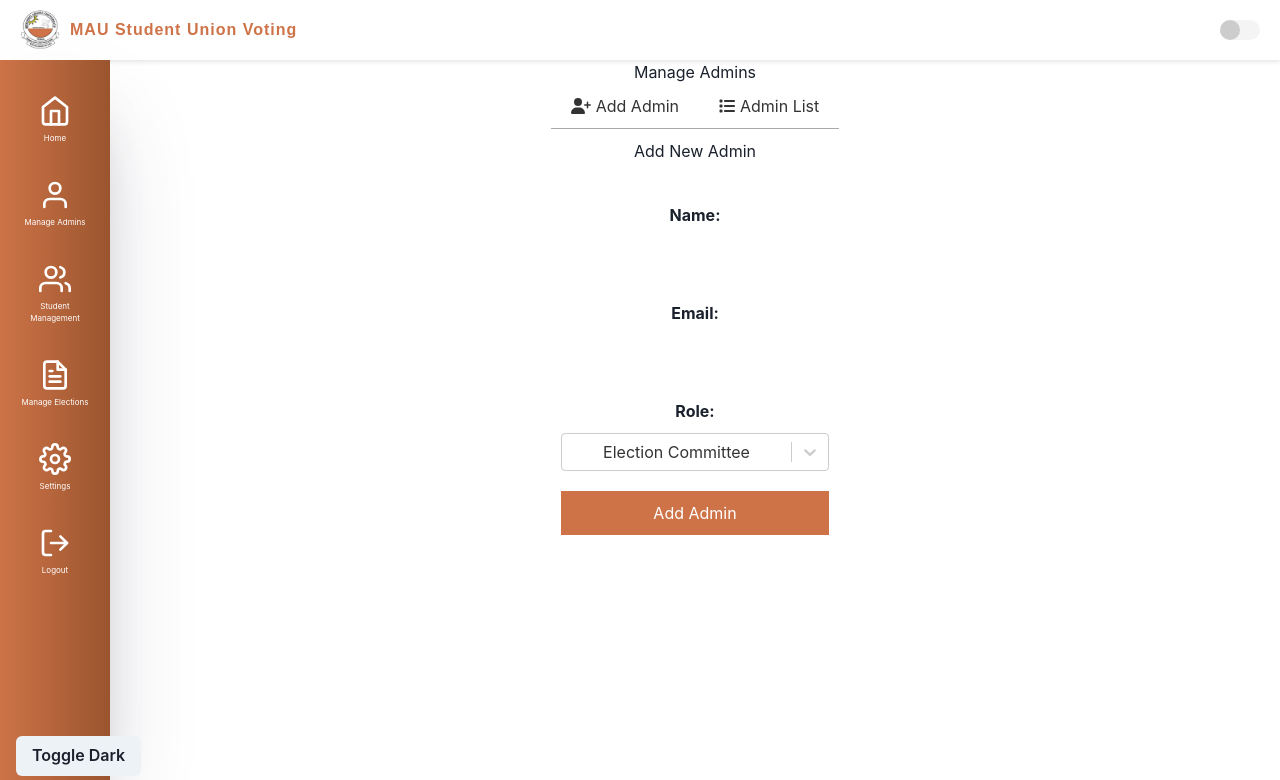
Repository: joena1o/e-vote
Page: /admin-dashboard/manage-admin
The author's editor kept a copy of each file at every save. The page is drawn from the files as they stood at one save, then again after the next save.
The browser window is 1280 px wide. The pictures show the whole page.
The project was rebuilt for these pictures with package versions that can differ from the ones it lists, and the page was loaded fresh each time. Also part of the build but not shown: src/components/EnhancedLogin.js, src/components/maincontent/RegisterStudents/ManageStudents.js, src/components/maincontent/RegisterStudents/RegisterStudents.js, src/components/maincontent/RegisterStudents/StudentManagement.js, src/components/maincontent/ElectionResults/ViewResults.js, src/components/maincontent/Settings/Settings.js, src/api/index.js, src/components/maincontent/home/Home.styles.js and 5 more.

Above is the page before, as saved 2023-10-20 14:53:18.

### src/App.js
import React from 'react';
import { BrowserRouter as Router, Routes, Route, Navigate } from 'react-router-dom';
import EnhancedLogin from './components/EnhancedLogin';
import AdminDashboard from './components/AdminDashboard';
import { ChakraProvider, ColorModeProvider, Button, useColorMode } from '@chakra-ui/react';
import { Provider } from 'react-redux';
import store from './Redux/store';

// Component to toggle dark mode
function DarkModeToggle() {
  const { colorMode, toggleColorMode } = useColorMode();
  return (
    <Button onClick={toggleColorMode} position="fixed" m={4} zIndex={10}>
      Toggle {colorMode === 'light' ? 'Dark' : 'Light'}
    </Button>
  );
}

function App() {
  // Check if the current route is not the "/login" route, then render the DarkModeToggle
  const isLoginPage = window.location.pathname === '/login';

  return (
    <Provider store={store}>
      <ChakraProvider>
        <ColorModeProvider options={{ useSystemColorMode: true }}>
          <Router>
            <Routes>
              {/* Define your routes */}
              <Route path="/login" element={<EnhancedLogin />} />
              <Route path="/admin-dashboard/*" element={<AdminDashboard />} />
              {/* Redirect root to /admin-dashboard */}
              <Route path="/" element={<Navigate to="/admin-dashboard" replace />} />
            </Routes>
          </Router>
          {/* Render DarkModeToggle only if not on the "/login" page */}
          {!isLoginPage && <DarkModeToggle />}
        </ColorModeProvider>
      </ChakraProvider>
    </Provider>
  );
}

export default App;

### src/components/AdminDashboard.js
// AdminDashboard.js
import React from 'react';
import { Routes, Route } from 'react-router-dom';
import StudentManagement from './maincontent/RegisterStudents/StudentManagement';
import ViewResults from './maincontent/ElectionResults/ViewResults';
import Settings from './maincontent/Settings/Settings';
import Home from './maincontent/home/Home';
import ManageAdmin from './maincontent/ManageAdmins/ManageAdmins';
import ManageElections from './maincontent/ManageElections/ManageElections';
import Sidebar from './Sidebar';
import Navbar from './Navbar';
import styled from 'styled-components';

const Container = styled.div`
  display: flex;
  flex-direction: column;
  /* Add the following line to ensure Container fills the screen height */
  height: 100vh;
  width: 100%; /* Use 100% to fill the entire width of the screen */
`;


const Content = styled.div`
  display: flex;
  /* Add the following line to ensure Content fills the remaining screen space */
  flex: 1;
`;

const AdminDashboard = () => {
  return (
    <Container>
      <Navbar />
      <Content>
        <Sidebar />
        <Routes>
          <Route index element={<Home />} />
          <Route path="student-management" element={<StudentManagement />} />
          <Route path="view-results" element={<ViewResults />} />
          <Route path="settings" element={<Settings />} />
          <Route path="manage-admin" element={<ManageAdmin />} />
          <Route path="manage-elections" element={<ManageElections />} />
        </Routes>
      </Content>
    </Container>
  );
};

export default AdminDashboard;

### src/Redux/store.js
import { configureStore } from '@reduxjs/toolkit';
import electionReducer from './electionSlice';
import studentsReducer from './studentsSlice'; // Assuming you have a studentsSlice

const store = configureStore({
  reducer: {
    elections: electionReducer,
    students: studentsReducer, // Add the students reducer here
  },
});

export default store;

### src/components/maincontent/ManageAdmins/ManageAdmins.js
import React, { useState } from 'react';
import { Tab, TabList, TabPanel, Tabs } from 'react-tabs';
import 'react-tabs/style/react-tabs.css'; // Import styles for react-tabs
import styled from 'styled-components';
import AddAdmin from './AddAdmin';
import AdminList from './AdminList';
import { FontAwesomeIcon } from '@fortawesome/react-fontawesome';
import { faUserPlus, faList } from '@fortawesome/free-solid-svg-icons'; // Import Font Awesome icons

const FullHeightContainer = styled.div`
  height: 100%;
  display: flex;
  flex-direction: column;
  justify-content: flex-start;
  align-items: center;
  width: 100%;
`;

const TabsContainer = styled.div`
  text-align: center;
  width: 100%;
  max-width: 1200px;
  flex: 1;
  display: flex;
  flex-direction: column;
  align-items: center;
`;

const StyledTab = styled(Tab)`
  padding: 10px 20px;
  color: #333;
  cursor: pointer;
  margin: 0;
  display: flex;
  align-items: center;
  justify-content: center;
  transition: background-color 0.2s ease-in-out;

  &:hover {
    background-color: #e0e0e0;
  }

  &.react-tabs__tab--selected {
    background-color: #fff;
    border: none; /* Remove the border */
    border-radius: 5px 5px 0 0;
  }
`;

const IconWrapper = styled.div`
  margin-right: 5px;
`;

const ManageAdmins = () => {
  const [activeTab, setActiveTab] = useState(0);

  const handleTabChange = (index) => {
    setActiveTab(index);
  };

  return (
    <FullHeightContainer>
      <h1>Manage Admins</h1>
      <TabsContainer>
        <Tabs selectedIndex={activeTab} onSelect={handleTabChange}>
          <TabList style={{ display: 'flex', justifyContent: 'center' }}>
            <StyledTab>
              <IconWrapper>
                <FontAwesomeIcon icon={faUserPlus} />
              </IconWrapper>
              Add Admin
            </StyledTab>
            <StyledTab>
              <IconWrapper>
                <FontAwesomeIcon icon={faList} />
              </IconWrapper>
              Admin List
            </StyledTab>
          </TabList>
        </Tabs>
        <Tabs selectedIndex={activeTab} onSelect={handleTabChange}>
          <TabPanel>
            <AddAdmin />
          </TabPanel>
          <TabPanel>
            <AdminList />
          </TabPanel>
        </Tabs>
      </TabsContainer>
    </FullHeightContainer>
  );
};

export default ManageAdmins;

### src/components/Sidebar.js
import React from 'react';
import styled from 'styled-components';
import { Link } from 'react-router-dom';
import { FiHome, FiUser, FiUsers, FiFileText, FiSettings, FiLogOut } from 'react-icons/fi';
import { useColorMode } from '@chakra-ui/react';

const SidebarContainer = styled.nav`
  background: ${props => (props.theme === 'dark' ? '#333' : 'linear-gradient(to right, #ce7348, #9a552e)')};
  padding: 15px;
  height: 100vh;
  color: #fff;
  box-shadow: rgba(50, 50, 93, 0.25) 0px 50px 100px -20px, rgba(0, 0, 0, 0.3) 0px 30px 60px -30px;
  display: flex;
  flex-direction: column;
`;

const LinkList = styled.ul`
  list-style-type: none;
  padding: 0;
  flex: 1;
`;

const StyledLink = styled(Link)`
  text-decoration: none;
  color: #fff;
  display: flex;
  flex-direction: column;
  align-items: center;
  transition: color 0.3s ease;
  margin-bottom: 15px;
  cursor: pointer;
  font-size: 0.5rem;

  &:hover {
    color: #fce364;
  }

  width: 80px;
  text-align: center;
  word-wrap: break-word;
  overflow-wrap: break-word;

  @media (max-width: 768px) {
    font-size: 0.4rem;
  }

  @media (max-width: 480px) {
    font-size: 0.3rem;
  }
`;

const LinkItem = styled.li`
  display: flex;
  align-items: center;
  margin-top: 20px;
`;

const Icon = styled.div`
  font-size: 2rem;
  color: #fff;

  @media (max-width: 768px) {
    font-size: 0.9rem;
  }

  @media (max-width: 480px) {
    font-size: 0.8rem;
  }

  margin-bottom: 5px;

  ${StyledLink}:hover & {
    color: #fce364;  // Change icon color when the link is hovered
  }
`;

function Sidebar() {
  const { colorMode } = useColorMode();

  return (
    <SidebarContainer theme={colorMode}>
      <LinkList>
        <LinkItem>
          <StyledLink to="/admin-dashboard">
            <Icon><FiHome /></Icon>
            Home
          </StyledLink>
        </LinkItem>
        <LinkItem>
          <StyledLink to="/admin-dashboard/manage-admin">
            <Icon><FiUser /></Icon>
            Manage Admins
          </StyledLink>
        </LinkItem>
        <LinkItem>
          <StyledLink to="/admin-dashboard/student-management">
            <Icon><FiUsers /></Icon>
            Student Management
          </StyledLink>
        </LinkItem>
        <LinkItem>
          <StyledLink to="/admin-dashboard/manage-elections">
            <Icon><FiFileText /></Icon>
            Manage Elections
          </StyledLink>
        </LinkItem>
        <LinkItem>
          <StyledLink to="/admin-dashboard/settings">
            <Icon><FiSettings /></Icon>
            Settings
          </StyledLink>
        </LinkItem>
        <LinkItem>
          <StyledLink to="/logout">
            <Icon><FiLogOut /></Icon>
            Logout
          </StyledLink>
        </LinkItem>
      </LinkList>
    </SidebarContainer>
  );
}

export default Sidebar;

### src/components/Navbar.js
import React from 'react';
import styled, { createGlobalStyle } from 'styled-components';
import logo from '../assets/school_logo.jpg';
import { useColorMode } from '@chakra-ui/react';

const GlobalStyle = createGlobalStyle`
  body {
    background-color: ${props => (props.theme === 'dark' ? '#333' : '#fff')};
    color: ${props => (props.theme === 'dark' ? '#fff' : '#000')}; // Set other component texts to black in light mode
  }
`;

const Header = styled.header`
  background: ${props => (props.theme === 'dark' ? '#333' : '#fff')};
  color: ${props => (props.theme === 'dark' ? '#fff' : '#ce7348')}; // Set navbar text to brown in light mode
  padding: 10px 20px;
  display: flex;
  align-items: center;
  justify-content: flex-start;
  box-shadow: 0px 2px 4px rgba(0, 0, 0, 0.1);
  font-family: 'Poppins', sans-serif;
`;


const Logo = styled.img`
  width: 40px;
  height: 40px;
  border-radius: 20px;
  margin-right: 10px;
`;

const Title = styled.h1`
  margin: 0;
  padding: 0;
  font-size: 1rem;
  font-weight: 600;
  letter-spacing: 1px;
`;

const ToggleSlider = styled.label`
  display: flex;
  align-items: center;
  cursor: pointer;
  margin-left: auto;
`;

const SliderInput = styled.input.attrs({ type: 'checkbox' })`
  display: none;
`;

const Slider = styled.div`
  width: 40px;
  height: 20px;
  background-color: ${props => (props.theme === 'dark' ? '#333' : '#f4f4f4')};
  border-radius: 20px;
  position: relative;
  transition: background-color 0.3s ease;
  cursor: pointer;

  &::after {
    content: '';
    width: 20px;
    height: 20px;
    border-radius: 50%;
    background-color: ${props => (props.theme === 'dark' ? '#fff' : '#ccc')};
    position: absolute;
    top: 50%;
    transform: translateY(-50%);
    left: ${props => (props.theme === 'dark' ? '20px' : '0')};
    transition: left 0.3s ease;
  }
`;

function Navbar() {
  const { colorMode, toggleColorMode } = useColorMode();

  return (
    <>
      <GlobalStyle theme={colorMode} />
      <Header theme={colorMode}>
        <Logo src={logo} alt="University Logo" />
        <Title>MAU Student Union Voting</Title>
        <ToggleSlider>
          <SliderInput type="checkbox" onChange={toggleColorMode} />
          <Slider theme={colorMode} />
        </ToggleSlider>
      </Header>
    </>
  );
}

export default Navbar;

### src/Redux/electionSlice.js
/*import { createSlice, createAsyncThunk } from '@reduxjs/toolkit';
import { API, graphqlOperation } from 'aws-amplify';
import { createElection as createElectionAPI } from '../graphql/mutations';

export const createElection = createAsyncThunk(
  'elections/createElection',
  async (election, { rejectWithValue }) => {
    try {
      const result = await API.graphql(graphqlOperation(createElectionAPI, { input: election }));
      return result.data.createElection;
    } catch (error) {
      return rejectWithValue(error);
    }
  }
);

const electionSlice = createSlice({
  name: 'elections',
  initialState: [],
  reducers: {},
  extraReducers: (builder) => {
    builder.addCase(createElection.fulfilled, (state, action) => {
      state.push(action.payload);
    });
  },
});

export default electionSlice.reducer;
*/

### src/Redux/studentsSlice.js
import { createSlice } from '@reduxjs/toolkit';

export const studentsSlice = createSlice({
  name: 'students',
  initialState: [],
  reducers: {
    addStudents: (state, action) => {
      // Add students to the Redux store
      action.payload.forEach(student => {
        state.push(student);
      });
    },
  },
});

export const { addStudents } = studentsSlice.actions;

export default studentsSlice.reducer;

### src/components/maincontent/ManageAdmins/AddAdmin.js
import React, { useState } from 'react';
import styled from 'styled-components';
import { API, Auth } from 'aws-amplify';
import { toast, ToastContainer } from 'react-toastify';
import 'react-toastify/dist/ReactToastify.css';
import Select from 'react-select';
import { useColorMode } from '@chakra-ui/react';

const darkThemeStyles = {
  menu: provided => ({
    ...provided,
    backgroundColor: '#333',
    color: 'white'
  }),
  option: (provided, state) => ({
    ...provided,
    backgroundColor: state.isFocused ? '#555' : '#333',
    color: 'white'
  }),
  control: provided => ({
    ...provided,
    backgroundColor: '#444',
    color: 'white',
    borderColor: '#555'
  }),
  singleValue: provided => ({
    ...provided,
    color: 'white'
  })
};

const Form = styled.form`
  display: flex;
  flex-direction: column;
  max-width: 600px;
  margin: 20px auto;
  padding: 20px;
`;

const Label = styled.label`
  margin-bottom: 10px;
  font-weight: bold;
`;

const Input = styled.input`
  padding: 10px;
  margin-bottom: 20px;
`;

const StyledSelect = styled(Select)`
  margin-bottom: 20px;
`;

const Button = styled.button`
  background-color: #ce7348;
  color: #fff;
  padding: 10px;
  border: none;
  cursor: pointer;
`;

function AddAdmin() {
    const [adminData, setAdminData] = useState({
      name: '',
      email: '',
      role: 'Election Committee',
    });

    const { colorMode } = useColorMode();

    const roleOptions = [
      { value: 'Election Committee', label: 'Election Committee' },
      { value: 'Super Admin', label: 'Super Admin' },
      { value: 'Student Affairs', label: 'Student Affairs' },
    ];

    const handleRoleChange = (selectedOption) => {
      setAdminData({
        ...adminData,
        role: selectedOption.value,
      });
    };

    const handleChange = (e) => {
      const { name, value } = e.target;
      setAdminData({
        ...adminData,
        [name]: value,
      });
    };

    const handleSubmit = async (e) => {
      e.preventDefault();

      try {
        const temporaryPassword = Math.random().toString(36).slice(-8);

        const signUpResponse = await Auth.signUp({
          username: adminData.email,
          password: temporaryPassword,
          attributes: {
            email: adminData.email,
          },
        });

        if (!signUpResponse.userConfirmed) {
          // Assuming you want to use the temporary password as the new password upon first login
          await Auth.completeNewPassword(signUpResponse, temporaryPassword);
        }

        const apiResponse = await API.post('AdminAPI', '/admins', {
          body: adminData,
        });

        console.log('Admin Added:', apiResponse);

        toast.success('Admin added successfully! An email with a temporary password has been sent.', {
          position: 'top-right',
          autoClose: 5000,
          hideProgressBar: false,
          closeOnClick: true,
          pauseOnHover: true,
          draggable: true,
          progress: undefined,
        });

        setAdminData({
          name: '',
          email: '',
          role: 'Election Committee',
        });
      } catch (error) {
        console.error('Error adding admin:', error);

        toast.error('Error adding admin. Please try again.', {
          position: 'top-right',
          autoClose: 5000,
          hideProgressBar: false,
          closeOnClick: true,
          pauseOnHover: true,
          draggable: true,
          progress: undefined,
        });
      }
    };

    return (
      <>
        <h3>Add New Admin</h3>
        <Form onSubmit={handleSubmit}>
          <Label>Name:</Label>
          <Input type="text" name="name" value={adminData.name} onChange={handleChange} required />

          <Label>Email:</Label>
          <Input type="email" name="email" value={adminData.email} onChange={handleChange} required />

          <Label>Role:</Label>
          <StyledSelect
            value={roleOptions.find(option => option.value === adminData.role)}
            onChange={handleRoleChange}
            options={roleOptions}
            name="role"
            isSearchable={false}
            required
            styles={colorMode === 'dark' ? darkThemeStyles : {}}
          />

          <Button type="submit">Add Admin</Button>
        </Form>
        <ToastContainer />
      </>
    );
}

export default AddAdmin;

Loaded but not shown: public/index.html (common file); src/index.js (common file); src/index.css (common file); src/reportWebVitals.js (common file)

After the next save:
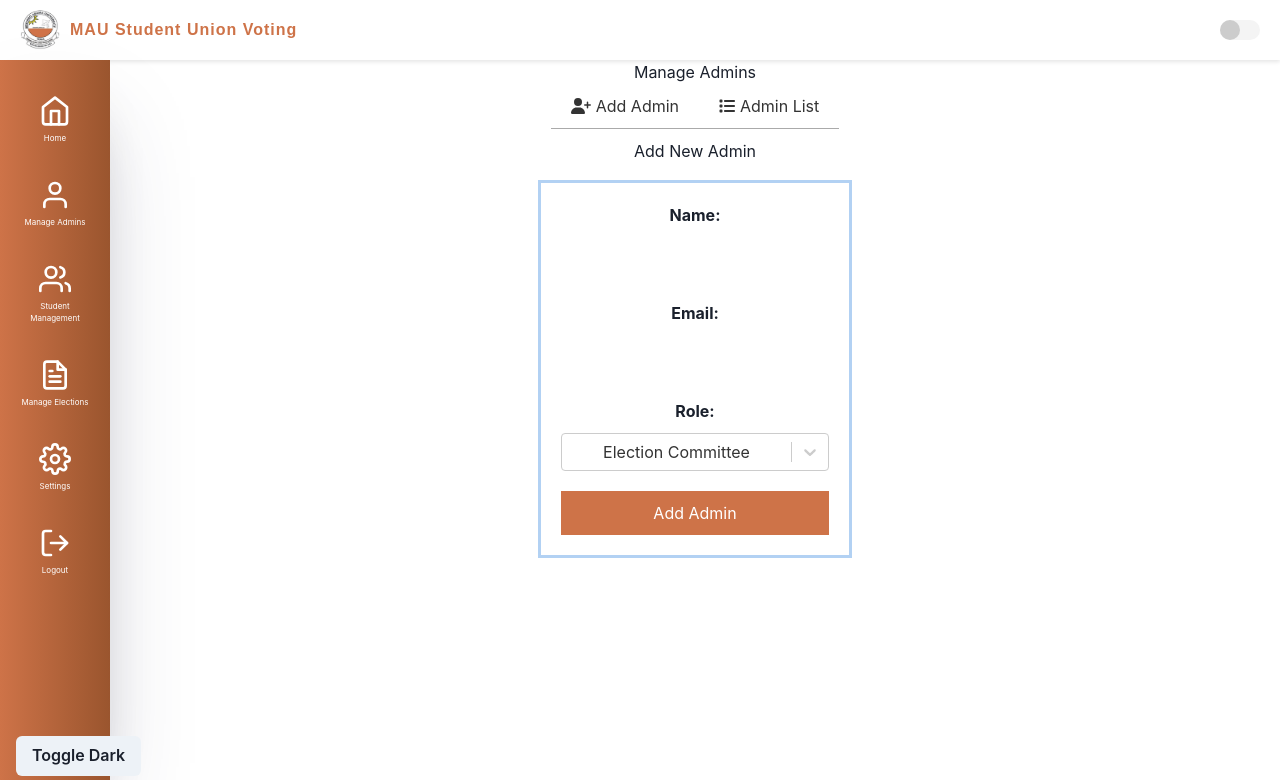
Saved 2 min 46 s later.
--- a/src/components/maincontent/ManageAdmins/AddAdmin.js
+++ b/src/components/maincontent/ManageAdmins/AddAdmin.js
@@ -35,6 +35,7 @@ const Form = styled.form`
   max-width: 600px;
   margin: 20px auto;
   padding: 20px;
+  box-shadow: rgba(3, 102, 214, 0.3) 0px 0px 0px 3px;
 `;
 
 const Label = styled.label`
@@ -58,7 +59,6 @@ const Button = styled.button`
   border: none;
   cursor: pointer;
 `;
-
 function AddAdmin() {
     const [adminData, setAdminData] = useState({
       name: '',
